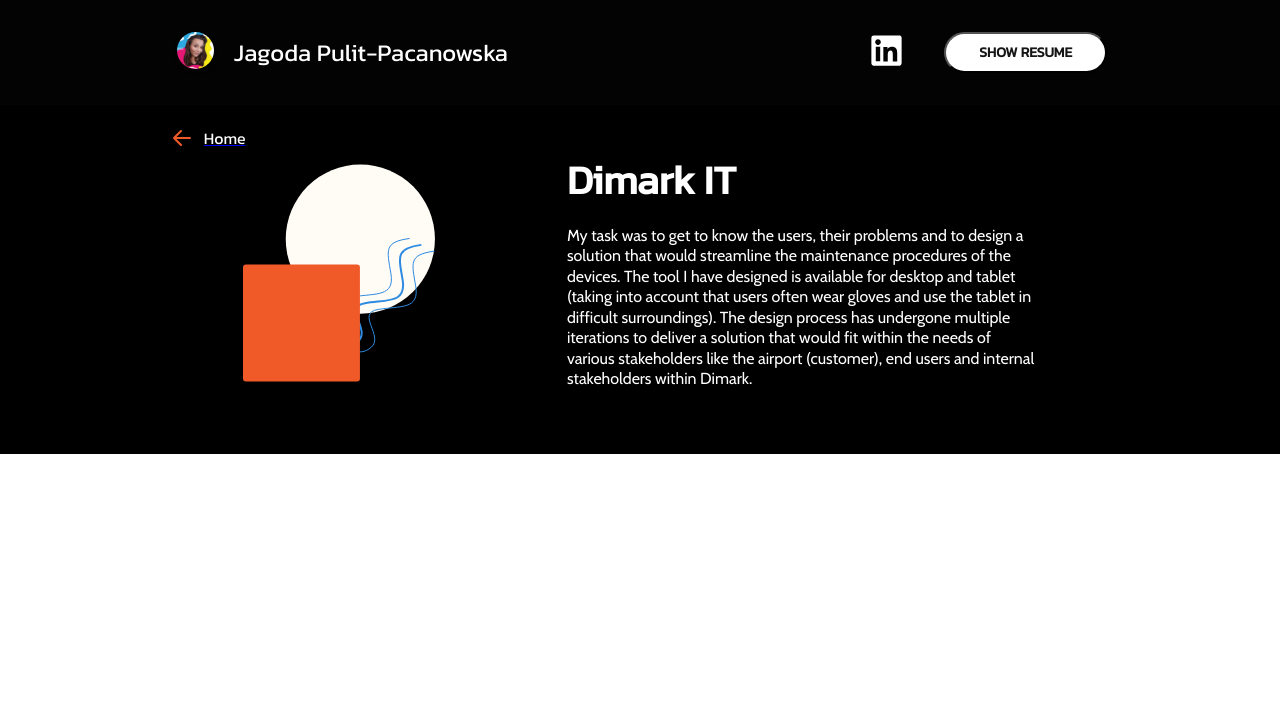
Repository: remigiuszpulit/ux-ui-portfolio
Page: /dimarkit
The author's editor kept a copy of each file at every save. The page is drawn from the files as they stood at one save, then again after the next save.
The browser window is 1280 px wide. The pictures show the whole page.
The project was rebuilt for these pictures with package versions that can differ from the ones it lists, and the page was loaded fresh each time. Also part of the build but not shown: src/components/Card.js, src/pages/index.js.

Above is the page before, as saved 2022-10-03 21:35:06.

### public/index.html
<!DOCTYPE html>
<html lang="en">
  <head>
    <meta charset="utf-8" />
    <link rel="icon" href="%PUBLIC_URL%/avatar.svg" />
    <meta name="viewport" content="width=device-width, initial-scale=1" />
    <meta name="theme-color" content="#000000" />
    <meta
      name="description"
      content="Web site created using create-react-app"
    />
    <link rel="apple-touch-icon" href="%PUBLIC_URL%/avatar.svg" />
    <!--
      manifest.json provides metadata used when your web app is installed on a
      user's mobile device or desktop. See https://developers.google.com/web/fundamentals/web-app-manifest/
    -->
    <link rel="manifest" href="%PUBLIC_URL%/manifest.json" />
    <!--
      Notice the use of %PUBLIC_URL% in the tags above.
      It will be replaced with the URL of the `public` folder during the build.
      Only files inside the `public` folder can be referenced from the HTML.

      Unlike "/favicon.ico" or "favicon.ico", "%PUBLIC_URL%/favicon.ico" will
      work correctly both with client-side routing and a non-root public URL.
      Learn how to configure a non-root public URL by running `npm run build`.
    -->
    <title>Jagoda Pulit UX/UI Portfolio</title>
  </head>
  <body>
    <noscript>You need to enable JavaScript to run this app.</noscript>
    <div id="root"></div>
    <!--
      This HTML file is a template.
      If you open it directly in the browser, you will see an empty page.

      You can add webfonts, meta tags, or analytics to this file.
      The build step will place the bundled scripts into the <body> tag.

      To begin the development, run `npm start` or `yarn start`.
      To create a production bundle, use `npm run build` or `yarn build`.
    -->
  </body>
</html>

### src/index.js
import React from "react";
import ReactDOM from "react-dom/client";
import "./index.css";
import App from "./App";
import reportWebVitals from "./reportWebVitals";

const root = ReactDOM.createRoot(document.getElementById("root"));
root.render(
  // <React.StrictMode>
  <App />
  // </React.StrictMode> */
);

// If you want to start measuring performance in your app, pass a function
// to log results (for example: reportWebVitals(console.log))
// or send to an analytics endpoint. Learn more: https://bit.ly/CRA-vitals
reportWebVitals();

### src/App.js
import { BrowserRouter, Routes, Route, useLocation } from "react-router-dom";
import Navbar from "./components/Navbar";
import GlobalStyle from "./globalStyles";
import Index from "./pages";
import Dimark from "./pages/dimark";

function App() {
  return (
    <>
      <GlobalStyle />
      <BrowserRouter>
        <Navbar />
        <Routes>
          <Route path="/" element={<Index />} />
          <Route path="/dimarkit" element={<Dimark />} />
        </Routes>
      </BrowserRouter>
    </>
  );
}

export default App;

### src/components/Navbar.js
import React from "react";
import styled from "styled-components";
import avatar from "../static/avatar.svg";
import LinkedinIcon from "../static/LinkedinIcon.svg";
import LinkedinIconWhite from "../static/LinkedinIconWhite.svg";
import "@fontsource/kanit";
import { useLocation } from "react-router-dom";

function Navbar() {
  const location = useLocation();
  const isLight = location.pathname != "/";
  return (
    <NavContainer>
      <NavWrapper>
        <ItemsWrapper>
          <img src={avatar} alt="Avatar" />
          <LogoText isLight={isLight}>Jagoda Pulit-Pacanowska</LogoText>
        </ItemsWrapper>
        <ItemsWrapper>
          <a
            href="https://www.linkedin.com/in/jagoda-pulit/"
            target={"_blank"}
            rel="noreferrer"
          >
            <img
              src={isLight ? LinkedinIconWhite : LinkedinIcon}
              alt="LinkedinIcon"
            />
          </a>
          <ResumeButton isLight={isLight}>
            <ResumeButtonText isLight={isLight}>show resume</ResumeButtonText>
          </ResumeButton>
        </ItemsWrapper>
      </NavWrapper>
    </NavContainer>
  );
}

export default Navbar;

const NavContainer = styled.nav`
  height: 105px;
  background: rgba(232, 228, 222, 0.01);
  backdrop-filter: blur(3px);
  position: fixed;
  display: flex;
  width: 100%;
  justify-content: center;
`;

const NavWrapper = styled.div`
  width: 73%;
  display: flex;
  justify-content: center;
  align-items: center;
  flex-direction: column;
  @media (min-width: 768px) {
    justify-content: space-between;
    flex-direction: row;
    width: 73%;
  }
`;
const ItemsWrapper = styled.div`
  display: flex;
  align-items: center;
`;
const LogoText = styled.h3`
  margin-left: 16px;
  font-family: "Kanit";
  font-style: normal;
  font-weight: 500;
  font-size: 16px;
  @media (min-width: 768px) {
    font-size: 24px;
  }
  line-height: 124%;
  color: #161616;
  ${({ isLight }) =>
    isLight &&
    `
    color: white;
  `}
`;

const ResumeButton = styled.button`
  display: flex;
  flex-direction: row;
  width: 163px;
  height: 41px;
  justify-content: center;
  margin-left: 42px;
  align-items: center;
  padding: 10px;
  background: #161616;
  border-radius: 159px;
  ${({ isLight }) =>
    isLight &&
    `
    background: white;
  `}
`;

const ResumeButtonText = styled.h4`
  font-family: "Kanit";
  font-style: normal;
  font-weight: 600;
  font-size: 14px;
  line-height: 21px;
  /* identical to box height */

  text-transform: uppercase;

  color: #ffffff;

  /* Inside auto layout */
  ${({ isLight }) =>
    isLight &&
    `
    color: #161616;
  `}

  flex: none;
  order: 0;
  flex-grow: 0;
`;

### src/globalStyles.js
import { createGlobalStyle } from "styled-components";

const GlobalStyle = createGlobalStyle`
  /*! normalize.css v8.0.1 | MIT License | github.com/necolas/normalize.css */

/* Document
   ========================================================================== */

/**
 * 1. Correct the line height in all browsers.
 * 2. Prevent adjustments of font size after orientation changes in iOS.
 */

html {
  line-height: 1.15; /* 1 */
  -webkit-text-size-adjust: 100%; /* 2 */
}

/* Sections
   ========================================================================== */

/**
 * Remove the margin in all browsers.
 */

body {
  margin: 0;
}


main {
  display: block;
}


h1 {
  font-size: 2em;
  margin: 0.67em 0;
}

/* Grouping content
   ========================================================================== */

/**
 * 1. Add the correct box sizing in Firefox.
 * 2. Show the overflow in Edge and IE.
 */

hr {
  box-sizing: content-box; /* 1 */
  height: 0; /* 1 */
  overflow: visible; /* 2 */
}



pre {
  font-family: monospace, monospace; /* 1 */
  font-size: 1em; /* 2 */
}

/* Text-level semantics
   ========================================================================== */

/**
 * Remove the gray background on active links in IE 10.
 */

a {
  background-color: transparent;
}

/**
 * 1. Remove the bottom border in Chrome 57-
 * 2. Add the correct text decoration in Chrome, Edge, IE, Opera, and Safari.
 */

abbr[title] {
  border-bottom: none; /* 1 */
  text-decoration: underline; /* 2 */
  text-decoration: underline dotted; /* 2 */
}

/**
 * Add the correct font weight in Chrome, Edge, and Safari.
 */

b,
strong {
  font-weight: bolder;
}


code,
kbd,
samp {
  font-family: monospace, monospace; /* 1 */
  font-size: 1em; /* 2 */
}

/**
 * Add the correct font size in all browsers.
 */

small {
  font-size: 80%;
}



sub,
sup {
  font-size: 75%;
  line-height: 0;
  position: relative;
  vertical-align: baseline;
}

sub {
  bottom: -0.25em;
}

sup {
  top: -0.5em;
}

/* Embedded content
   ========================================================================== */

/**
 * Remove the border on images inside links in IE 10.
 */

img {
  border-style: none;
}

/* Forms
   ========================================================================== */

/**
 * 1. Change the font styles in all browsers.
 * 2. Remove the margin in Firefox and Safari.
 */

button,
input,
optgroup,
select,
textarea {
  font-family: inherit; /* 1 */
  font-size: 100%; /* 1 */
  line-height: 1.15; /* 1 */
  margin: 0; /* 2 */
}

/**
 * Show the overflow in IE.
 * 1. Show the overflow in Edge.
 */

button,
input { /* 1 */
  overflow: visible;
}

/**
 * Remove the inheritance of text transform in Edge, Firefox, and IE.
 * 1. Remove the inheritance of text transform in Firefox.
 */

button,
select { /* 1 */
  text-transform: none;
}

/**
 * Correct the inability to style clickable types in iOS and Safari.
 */

button,
[type="button"],
[type="reset"],
[type="submit"] {
  -webkit-appearance: button;
}

/**
 * Remove the inner border and padding in Firefox.
 */

button::-moz-focus-inner,
[type="button"]::-moz-focus-inner,
[type="reset"]::-moz-focus-inner,
[type="submit"]::-moz-focus-inner {
  border-style: none;
  padding: 0;
}

/**
 * Restore the focus styles unset by the previous rule.
 */

button:-moz-focusring,
[type="button"]:-moz-focusring,
[type="reset"]:-moz-focusring,
[type="submit"]:-moz-focusring {
  outline: 1px dotted ButtonText;
}

/**
 * Correct the padding in Firefox.
 */

fieldset {
  padding: 0.35em 0.75em 0.625em;
}



legend {
  box-sizing: border-box; /* 1 */
  color: inherit; /* 2 */
  display: table; /* 1 */
  max-width: 100%; /* 1 */
  padding: 0; /* 3 */
  white-space: normal; /* 1 */
}

/**
 * Add the correct vertical alignment in Chrome, Firefox, and Opera.
 */

progress {
  vertical-align: baseline;
}

/**
 * Remove the default vertical scrollbar in IE 10+.
 */

textarea {
  overflow: auto;
}

/**
 * 1. Add the correct box sizing in IE 10.
 * 2. Remove the padding in IE 10.
 */

[type="checkbox"],
[type="radio"] {
  box-sizing: border-box; /* 1 */
  padding: 0; /* 2 */
}

/**
 * Correct the cursor style of increment and decrement buttons in Chrome.
 */

[type="number"]::-webkit-inner-spin-button,
[type="number"]::-webkit-outer-spin-button {
  height: auto;
}

/**
 * 1. Correct the odd appearance in Chrome and Safari.
 * 2. Correct the outline style in Safari.
 */

[type="search"] {
  -webkit-appearance: textfield; /* 1 */
  outline-offset: -2px; /* 2 */
}

/**
 * Remove the inner padding in Chrome and Safari on macOS.
 */

[type="search"]::-webkit-search-decoration {
  -webkit-appearance: none;
}



::-webkit-file-upload-button {
  -webkit-appearance: button; /* 1 */
  font: inherit; /* 2 */
}

/* Interactive
   ========================================================================== */

/*
 * Add the correct display in Edge, IE 10+, and Firefox.
 */

details {
  display: block;
}

/*
 * Add the correct display in all browsers.
 */

summary {
  display: list-item;
}

/* Misc
   ========================================================================== */

/**
 * Add the correct display in IE 10+.
 */

template {
  display: none;
}

/**
 * Add the correct display in IE 10.
 */

[hidden] {
  display: none;
}

`;

export default GlobalStyle;

### src/pages/dimark.js
import React from "react";
import PageHead from "../components/PageHead";
import styled from "styled-components";
import grafika_dimark from "../static/grafika_dimark.svg";
import BackgroundLight from "../static/BackgroundLight.png";

const headParagraph =
  "My task was to get to know the users, their problems and to design a solution that would streamline the maintenance procedures of the devices. The tool I have designed is available for desktop and tablet (taking into account that users often wear gloves and use the tablet in difficult surroundings). The design process has undergone multiple iterations to deliver a solution that would fit within the needs of various stakeholders like the airport (customer), end users and internal stakeholders within Dimark.";

function Dimark(props) {
  return (
    <>
      <PageHead
        color={"#F05A28"}
        logo={grafika_dimark}
        head={"Dimark IT"}
        par={headParagraph}
      />
      <Page></Page>
    </>
  );
}

export default Dimark;
const Page = styled.div`
  display: flex;
  justify-content: center;
  background-image: url(${BackgroundLight});
`;

### src/components/PageHead.js
import React from "react";
import { Link } from "react-router-dom";
import styled from "styled-components";
import ArrowLeft from "./ArrowLeft";

function PageHead({ color, logo, head, par }) {
  return (
    <Container>
      <Wrapper>
        <BackLink to={"/"}>
          <ArrowLeft color={color} />
          <BackLinkText>Home</BackLinkText>
        </BackLink>
        <HeadContainer>
          <HeadWrapper>
            <ImageContainer src={logo} />
            <TextContainer>
              <HeadText>{head}</HeadText>
              <HeadPar>{par}</HeadPar>
            </TextContainer>
          </HeadWrapper>
        </HeadContainer>
      </Wrapper>
    </Container>
  );
}

export default PageHead;

const Container = styled.div`
  display: flex;
  justify-content: center;

  background-color: black;
  padding-top: 150px;
  @media (min-width: 768px) {
    padding-top: 105px;
  }
`;

const Wrapper = styled.div`
  padding-top: 21px;
  width: 73%;
  display: flex;
  flex-direction: column;
`;

const BackLink = styled(Link)`
  display: flex;
  align-items: center;
`;

const BackLinkText = styled.span`
  font-family: "Kanit";
  font-style: normal;
  font-weight: 300;
  font-size: 16px;
  line-height: 24px;
  text-decoration: none;
  margin-left: 13px;
  /* identical to box height */

  color: #ffffff;
`;

const HeadContainer = styled.div`
  display: flex;
  justify-content: center;
`;

const HeadWrapper = styled.div`
  width: 100%;
  display: flex;
  flex-direction: column-reverse;
  gap: 20px;
  margin-bottom: 24px;

  @media (min-width: 992px) {
    width: 85%;
    flex-direction: row;
    justify-content: center;
    gap: 100px;
    margin-bottom: 48px;
  }
`;

const ImageContainer = styled.img`
  max-height: 250px;
`;

const TextContainer = styled.div`
  display: flex;
  flex-direction: column;
  align-items: flex-start;
`;

const HeadText = styled.h1`
  font-family: "Kanit";
  font-style: normal;
  font-weight: 700;
  font-size: 40px;
  margin: unset;
  line-height: 60px;
  /* identical to box height */

  text-align: center;

  color: #ffffff;
`;

const HeadPar = styled.p`
  font-family: "Cabin";
  font-style: normal;
  font-weight: 500;
  font-size: 16px;
  line-height: 128%;
  max-width: 670px;
  /* or 20px */

  color: #ffffff;
`;

### src/components/ArrowLeft.js
import React from "react";

function ArrowLeft({ color }) {
  return (
    <svg
      width="18"
      height="16"
      viewBox="0 0 18 16"
      fill="none"
      xmlns="http://www.w3.org/2000/svg"
    >
      <path
        d="M1 8L17 8M8 1L1 8L8 15"
        stroke={`${color}`}
        stroke-width="2"
        stroke-linecap="round"
        stroke-linejoin="round"
      />
    </svg>
  );
}

export default ArrowLeft;

Loaded but not shown: src/index.css (common file); src/reportWebVitals.js (common file)

After the next save:
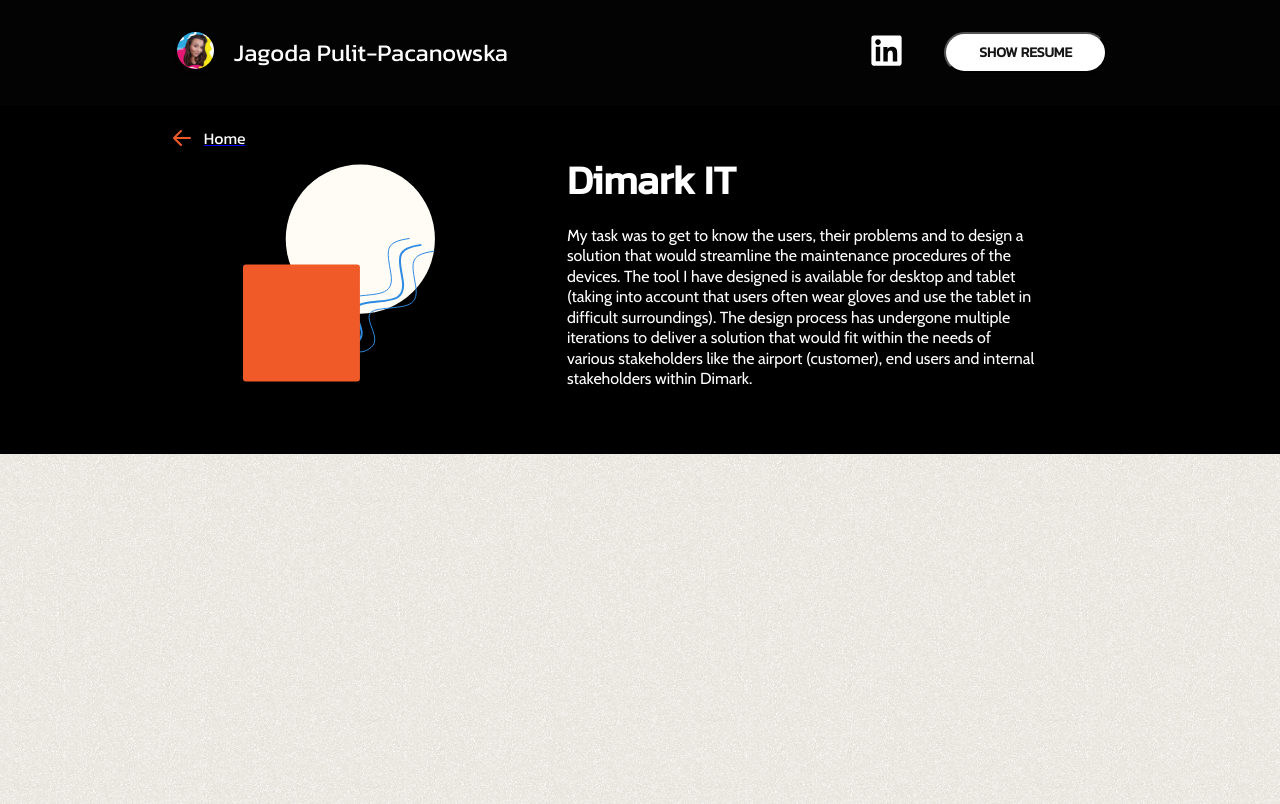
Saved 11 s later.
--- a/src/pages/dimark.js
+++ b/src/pages/dimark.js
@@ -25,5 +25,6 @@
 const Page = styled.div`
   display: flex;
   justify-content: center;
+  height: 350px;
   background-image: url(${BackgroundLight});
 `;

After the save that followed:
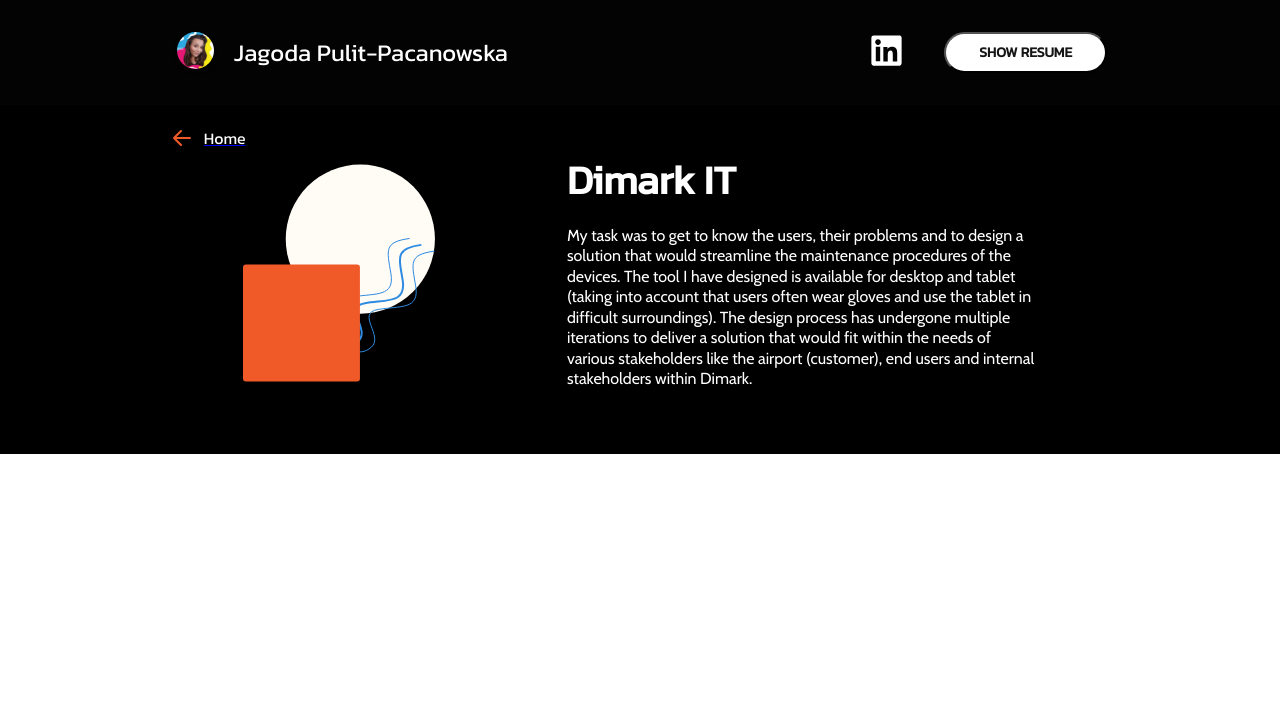
Saved 13 s later.
--- a/src/pages/dimark.js
+++ b/src/pages/dimark.js
@@ -25,6 +25,5 @@
 const Page = styled.div`
   display: flex;
   justify-content: center;
-  height: 350px;
   background-image: url(${BackgroundLight});
 `;
